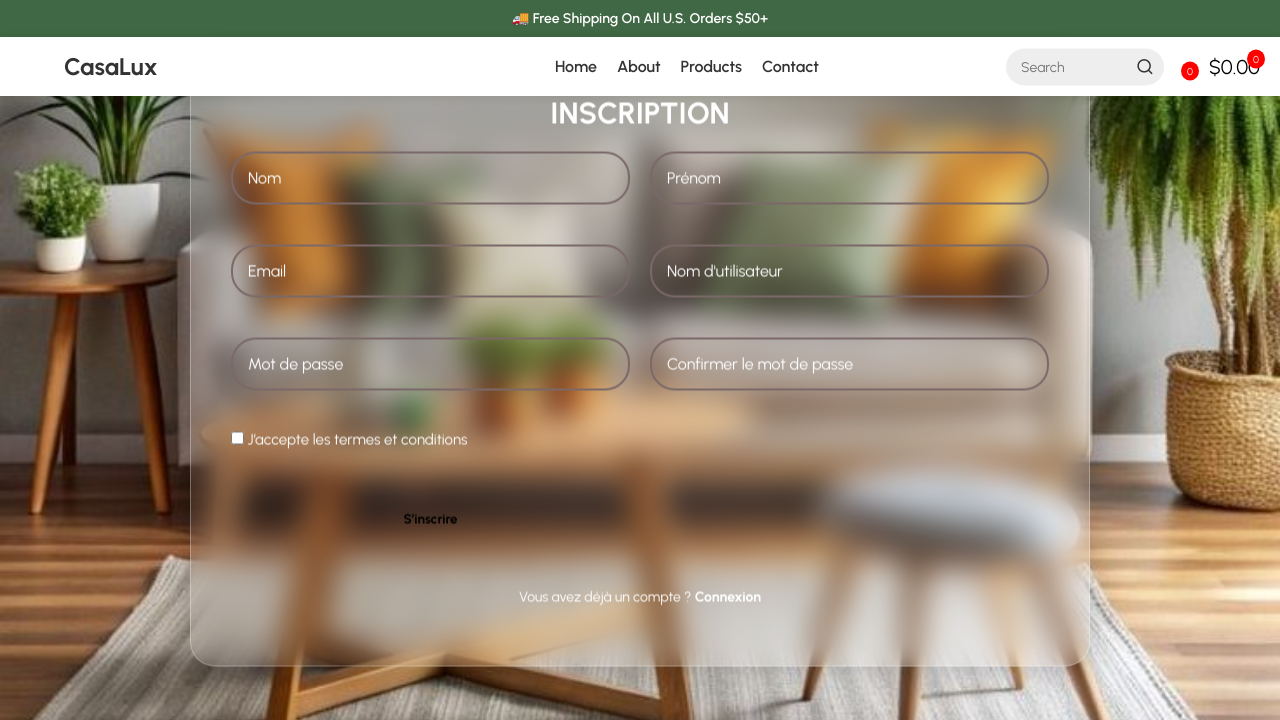
Repository: doua184/CasaLux
Page: inscription.html
These files come from the project's save history. The page is drawn as it stood at one moment and after a run of saves; the edit follows.
The browser window is 1280 px wide. The pictures show the whole page.
Some icons come from a web library that is not loaded, so they are not drawn. Some web libraries are served in a nearby version.

Above is the page before, as saved 2025-04-05 19:14:25.

After the next 3 saves:
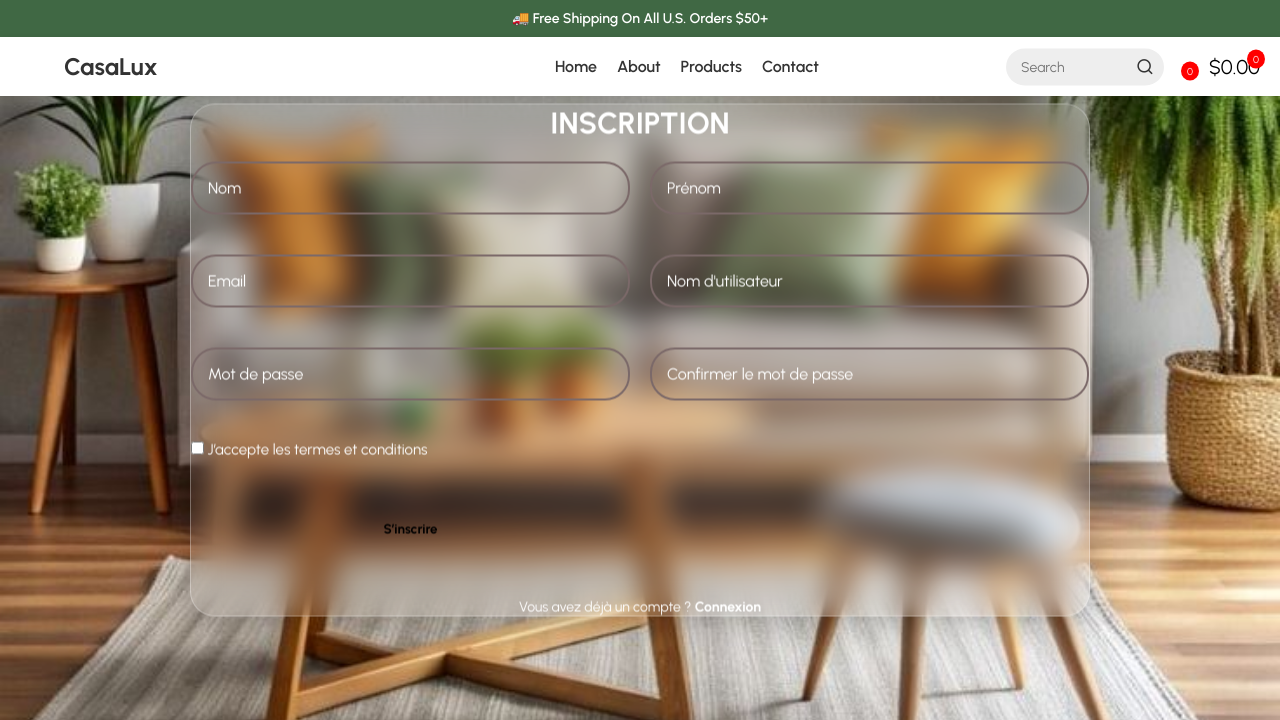
The 3 saves are shown as one change because they came seconds apart.
The last was saved 12 s later.
--- a/inscription.css
+++ b/inscription.css
@@ -118,7 +118,7 @@ section {
     background-color: rgba(255, 255, 255, 0.08);
     border: 1.5px solid rgba(255, 255, 255, 0.3);
     backdrop-filter: blur(15px);
-    padding: 40px 40px 60px;
+    padding: ;
     max-width: 900px;
     width: 95%;
     border-radius: 25px;
